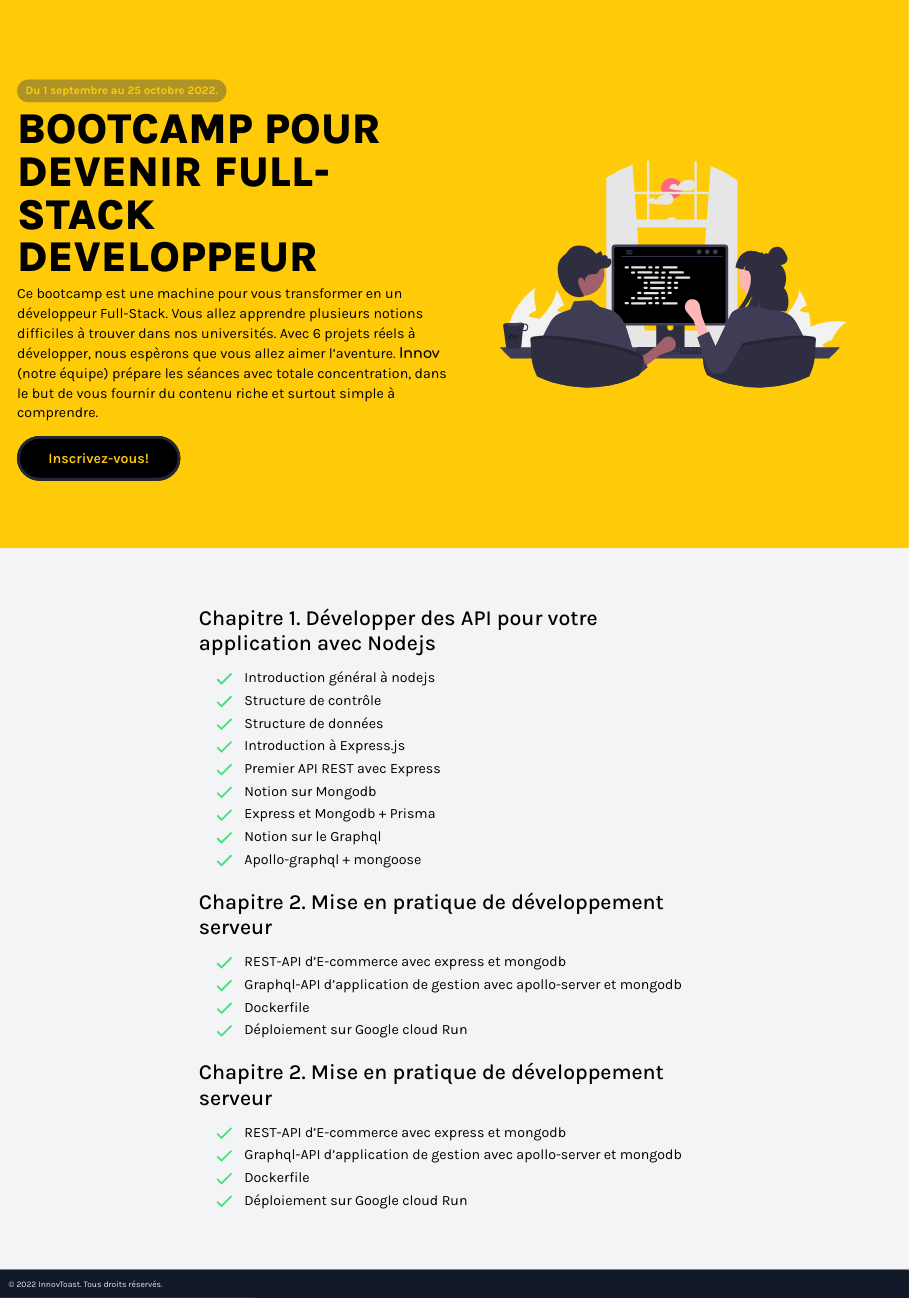
Repository: alfredlwanzo/course
Page: /
The author's editor kept a copy of each file at every save. The page is drawn from the files as they stood at one save, then again after the next save.
The browser window is 1280 px wide. The pictures show the whole page, at 71% of full size.
The project was rebuilt for these pictures with package versions that can differ from the ones it lists, and the page was loaded fresh each time. The framework's server and built-in components were replaced by stand-ins that run in the browser. Also part of the build but not shown: next.config.js.

Above is the page before, as saved 2022-08-08 18:11:25.

After the next save:
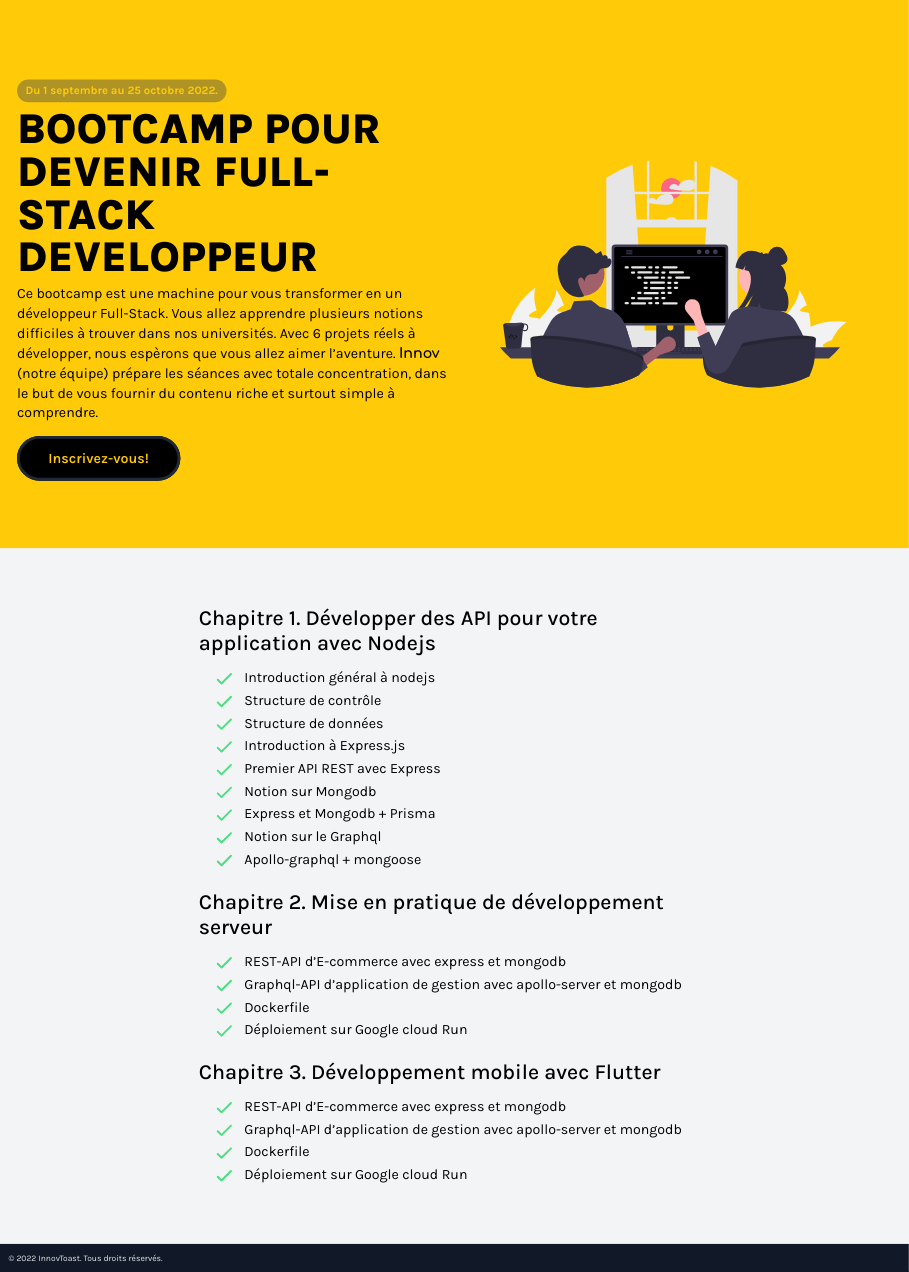
Saved 25 s later.
--- a/src/components/sections/Content.tsx
+++ b/src/components/sections/Content.tsx
@@ -75,7 +75,7 @@
       {/* Chapitre 3 */}
       <div className="mt-6">
         <h2 className="text-3xl font-medium">
-        Chapitre 2. Mise en pratique de développement serveur
+        Chapitre 3. Développement mobile avec Flutter
         </h2>
         <ul className="list-inside pl-5 mt-4 ">
           <li className="text-xl ">
